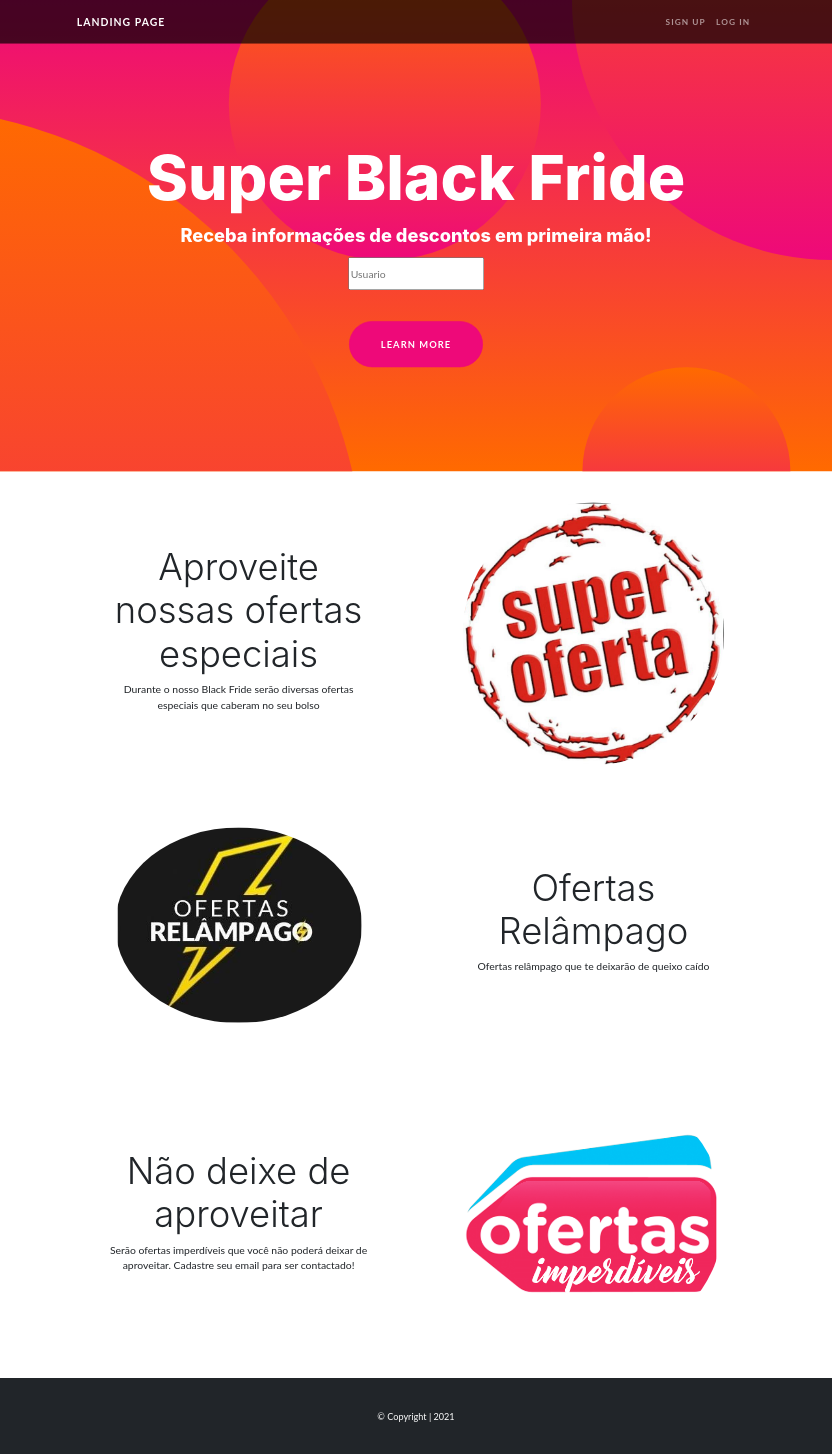
Repository: jrfalcao/landing-page
Page: /
The author's editor kept a copy of each file at every save. The page is drawn from the files as they stood at one save, then again after the next save.
The browser window is 1280 px wide. The pictures show the whole page, at 65% of full size.
The project was rebuilt for these pictures with package versions that can differ from the ones it lists, and the page was loaded fresh each time.

Above is the page before, as saved 2021-07-18 22:29:10.

### src/App.js
import NavBar from './Components/NavBar';
import Header from './Components/Header';
import Promotion from './Components/Promotion';
import Footer from './Components/Footer';

import './assets/css/App.css';
import Image01 from './assets/img/super_oferta.jpg'
import Image02 from './assets/img/oferta_relampago.jpg'
import Image03 from './assets/img/ofertas_imperdiveis.png'


function App() {
  return (
    <div className="App">
      <NavBar />
      <Header />
      <Promotion
        imageDir={true}
        imgUrl={Image01}
        promoTitle="Aproveite nossas ofertas especiais"
        description="Durante o nosso Black Fride serão diversas ofertas especiais que caberam no seu bolso"
      />
      <Promotion
        imageDir={false}
        imgUrl={Image02}
        promoTitle="Ofertas Relâmpago"
        description="Ofertas relâmpago que te deixarão de queixo caído"
      />
      <Promotion
        imageDir={true}
        imgUrl={Image03}
        promoTitle="Não deixe de aproveitar"
        description="Serão ofertas imperdíveis que você não poderá deixar de aproveitar. Cadastre seu email para ser contactado!"
      />

      <Footer />
    </div>
  );
}

export default App;

### src/Components/NavBar.js
export default function NavBar() {
	return (
		<nav className="navbar navbar-expand-lg navbar-dark navbar-custom fixed-top">
			<div className="container px-5">
				<a className="navbar-brand" href="#page-top">Landing Page</a>
				<button className="navbar-toggler" type="button" data-bs-toggle="collapse" data-bs-target="#navbarResponsive" aria-controls="navbarResponsive" aria-expanded="false" aria-label="Toggle navigation"><span className="navbar-toggler-icon"></span></button>
				<div className="collapse navbar-collapse" id="navbarResponsive">
					<ul className="navbar-nav ms-auto">
						<li className="nav-item"><a className="nav-link" href="#!">Sign Up</a></li>
						<li className="nav-item"><a className="nav-link" href="#!">Log In</a></li>
					</ul>
				</div>
			</div>
		</nav>
	);
}

### src/Components/Header.js
import React, {useState} from 'react';

export default function Header() {
	const [ email, setEmail ] = useState('');

	return (
		<header className="masthead text-center text-white">
			<div className="masthead-content">
				<div className="container px-5">
					<h1 className="masthead-heading mb-0">Super Black Fride</h1>
					<h3 className="m-3">Receba informações de descontos em primeira mão!</h3>
					<input className="input-email" type="email" value={email} placeholder="Usuario" onChange={ e => setEmail(e.target.value)} />
					<a className="btn btn-primary btn-xl rounded-pill mt-5" href="#scroll">Learn More</a>
				</div>
			</div>
			<div className="bg-circle-1 bg-circle"></div>
			<div className="bg-circle-2 bg-circle"></div>
			<div className="bg-circle-3 bg-circle"></div>
			<div className="bg-circle-4 bg-circle"></div>
		</header>
	);
}

### src/Components/Promotion.js
import React from 'react';

export default function Promotion(props) {
	return (
		<section id="scroll">
			<div className="container px-5">
				<div className="row gx-5 align-items-center">
					<div className={props.imageDir ? "col-lg-6 order-lg-2" : 'col-lg-6'}>
						<div className="p-5"><img className="img-fluid rounded-circle" src={props.imgUrl} alt={props.promoTitle} /></div>
					</div>
					<div className={props.imageDir ? "col-lg-6 order-lg-1" : 'col-lg-6'}>
						<div className="p-5">
							<h2 className="display-4">{props.promoTitle}</h2>
							<p>{props.description}</p>
						</div>
					</div>
				</div>
			</div>
		</section>
	);
}

### src/Components/Footer.js
import React from 'react';

export default function Footer() {

	return (
		<footer className="py-5 bg-dark">
			<div className="container px-5"><p className="m-0 text-center text-white small">&copy; Copyright | 2021</p></div>
		</footer>
	);
}

### src/assets/css/App.css
.App {
  text-align: center;
}

.App-logo {
  height: 40vmin;
  pointer-events: none;
}

@media (prefers-reduced-motion: no-preference) {
  .App-logo {
    animation: App-logo-spin infinite 20s linear;
  }
}

.App-header {
  background-color: #282c34;
  min-height: 100vh;
  display: flex;
  flex-direction: column;
  align-items: center;
  justify-content: center;
  font-size: calc(10px + 2vmin);
  color: white;
}

.App-link {
  color: #61dafb;
}

.input-email {
  background-color: rgba(#000, #000, #000, 0.6);
  border: solid 1px rgb(30, 35, 39)
  width: 450px;
  height: 50px;
  display: block;
  margin: auto;
}

Loaded but not shown: public/index.html (common file); src/index.js (common file); src/index.css (library); src/reportWebVitals.js (common file)

After the next save:
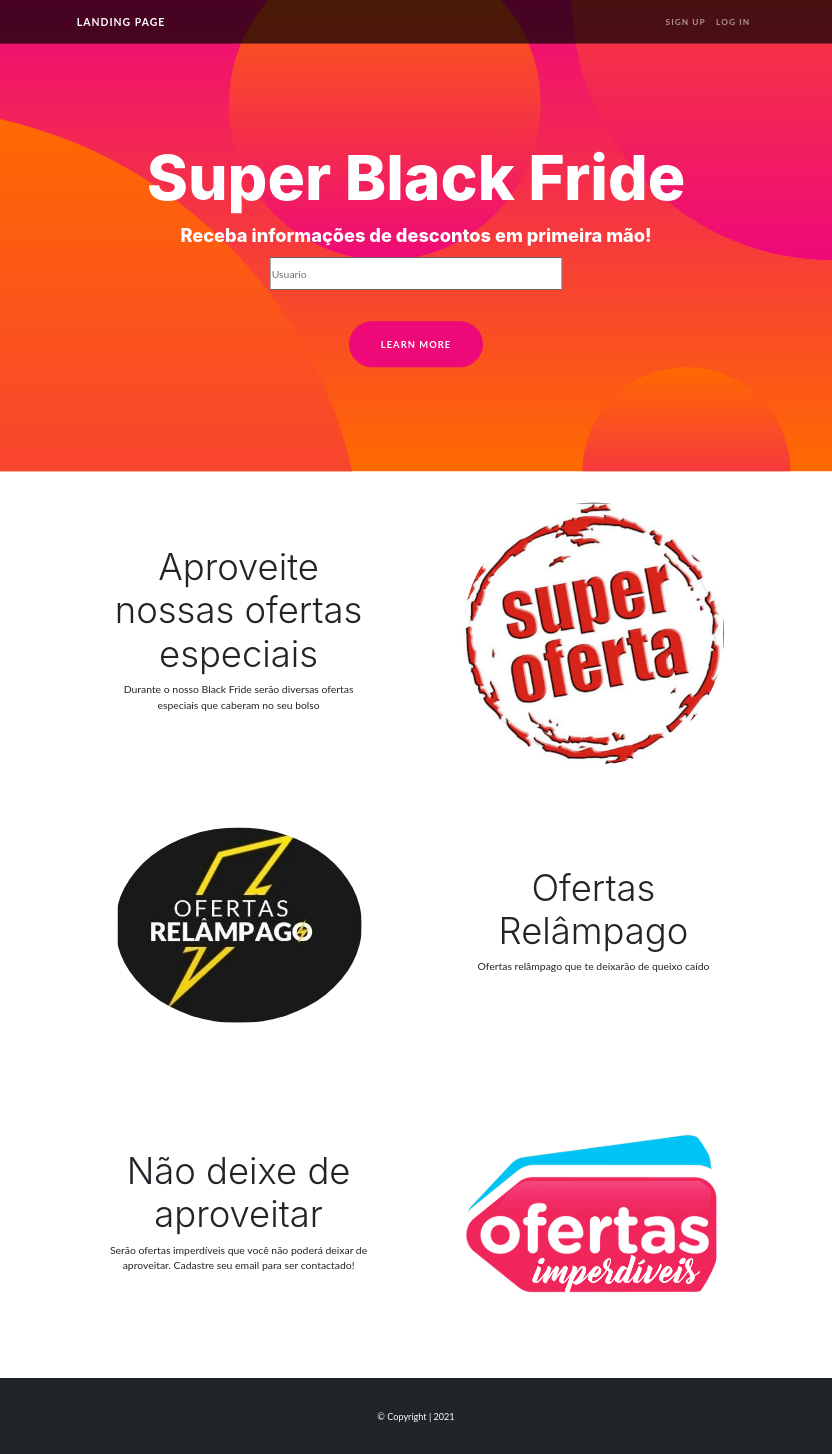
Saved 18 s later.
--- a/src/assets/css/App.css
+++ b/src/assets/css/App.css
@@ -30,7 +30,7 @@
 
 .input-email {
   background-color: rgba(#000, #000, #000, 0.6);
-  border: solid 1px rgb(30, 35, 39)
+  border: solid 1px rgb(30, 35, 39);
   width: 450px;
   height: 50px;
   display: block;
